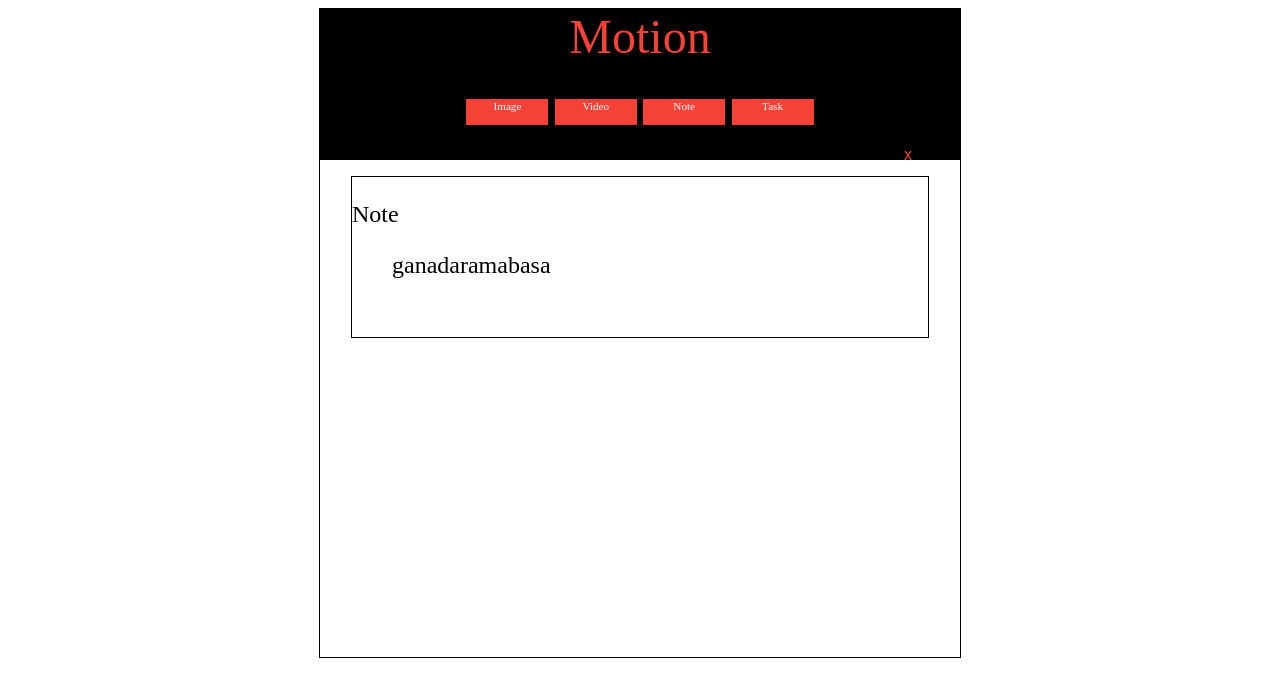
Repository: DevMinwoo-Jung/typescript
Page: motion/index.html
An editor plug-in stored every save of this project. The page is shown before and after the next save, followed by the edit.
The browser window is 1280 px wide. The pictures show the whole page.

Above is the page before, as saved 2021-10-12 14:55:15.

### motion/index.html
<!DOCTYPE html>
<html lang="en">
<head>
  <meta charset="UTF-8">
  <meta http-equiv="X-UA-Compatible" content="IE=edge">
  <meta name="viewport" content="width=device-width, initial-scale=1.0">
  <title>Document</title>
  <script src="build/main.js"></script>
  <link rel="stylesheet" href="index.module.css">
</head>
<body>
  <section class="main__section">
    <div class="header__contents">
      <header class="haeder">Motion</header>
        <div class="item__category">
          <div class="category">Image</div>
          <div class="category">Video</div>
          <div class="category">Note</div>
          <div class="category">Task</div>
        </div>
    </div>
    <!-- <div class="img__div">
      <img class="img" src="img/money.png" alt="">
      <div class="text__div">
        <p class="text">Img</p>
        <button class="closeBtn__box">x</button>
      </div>
    </div> -->
    <!-- <div class="video__box">
      <iframe class="vidoe" src="https://www.youtube.com/embed/fGcmOlOI3uo" title="YouTube video player" frameborder="0" allow="accelerometer; autoplay; clipboard-write; encrypted-media; gyroscope; picture-in-picture" allowfullscreen></iframe>
      <div class="text__div">
        <p class="text">Video</p>
        <button class="closeBtn__box">x</button>
      </div>
    </div> -->
    <div class="note__box">
      <div class="text__box">
        <p>Note</p>
        <ul>ganadaramabasa</ul>
        <button class="closeBtn__box">x</button>
      </div>
    </div>
    <!-- <div class="video__div">
      <iframe class="vidoe" src="https://www.youtube.com/embed/fGcmOlOI3uo" title="YouTube video player" frameborder="0" allow="accelerometer; autoplay; clipboard-write; encrypted-media; gyroscope; picture-in-picture" allowfullscreen></iframe>
      <div class="text__div">
        <p class="text">Video</p>
        <button class="closeBtn__box">x</button>
      </div>
    </div> -->
  </section>
  <!-- <section class="image__section">
    <div class="input__div">
      <div class="title">
        <button class="closeBtn">x</button>
        <span>Title</span><br/>
        <input class="input" type="text"><br/>
        <span>URL</span><br/>
        <input type="text">
        <button class="addBtn">Add</button>
      </div>
    </div>
  </section> -->
  <!-- <section class="video__section">
    <div class="input__div">
      <div class="title">
        <button class="closeBtn">x</button>
        <span>Title</span><br/>
        <input class="input" type="text"><br/>
        <span>URL</span><br/>
        <input type="text">
        <button class="addBtn">Add</button>
      </div>
    </div>
  </section> -->
  <!-- <section class="Note__section">
    <div class="note__div">
      <div class="title">
        <button class="closeBtn">x</button>
        <span>Title</span><br/>
        <input  type="text"><br/>
        <span>Body</span><br/>
        <input class="Note__input" type="text">
        <button class="addBtn">Add</button>
      </div>
    </div>
  </section> -->
  <!-- <section class="Task__section">
    <div class="input__div">
      <div class="title">
        <button class="closeBtn">x</button>
        <span>Title</span><br/>
        <input class="input" type="text"><br/>
        <span>URL</span><br/>
        <input type="text">
        <button class="addBtn">Add</button>
      </div>
    </div>
  </section> -->
</body>
</html>

### motion/index.module.css
:root {
  --color-red: #f44336;
  --color-white: white;
  --color-black: black;
  --color-yellow: rgb(253, 253, 171);
}

.main__section {
  margin: auto;
  width: 40rem;
  border: 1px solid black;
  height: 90vh;
}

.header__contents {
  background-color: var(--color-black);
}

.haeder {
  font-size: 3rem;
  text-align: center;
  color: var(--color-red);
}

.item__category {
  text-align: center;
  font-size: 1rem;
  padding-top: 2rem;
  padding-bottom: 2rem;
  display: flex;
  justify-content: center;
}

.category {
  margin: 0.2rem;
  border: 1px solid var(--color-red);
  background-color: var(--color-red);
  width: 5rem;
  height: 1.5rem;
  color: var(--color-white);
  cursor: pointer;
  font-size: 0.7rem;
}

/* show section */
.img__div {
  width: 90%;
  height: 15rem;
  border: 1px solid;
  margin: 1rem auto;
  display: flex;
}

.img {
  width: 60%;
  height: 100%;
}

.text__div {
  position: relative;
  width: 40%;
  height: 100%;
  text-align: center;
  display: flex;
  justify-content: center;
  align-items: center;
  font-size: 4rem;
  font-weight: bold;
}

.video__box {
  width: 90%;
  height: 15rem;
  border: 1px solid;
  margin: 1rem auto;
  display: flex;
}

.video {
  width: 60%;
  height: 100%;
}

.note__box {
  width: 90%;
  height: 10rem;
  border: 1px solid;
  margin: 1rem auto 1rem;
  position: relative;
}

.text__box {
  display: block;
  width: 40%;
  height: 100%;
  text-align: left;
  font-size: 1.5rem;
}

/* add section */
.input__div {
  position: absolute;
  width: 30rem;
  height: 10rem;
  z-index: 1;
  border: 1px solid black;
  margin: auto;
  left: 0;
  right: 0;
  margin-left: auto;
  margin-right: auto;
  top: 35%;
  background-color: grey;
}

.note__div {
  position: absolute;
  width: 30rem;
  height: 12rem;
  z-index: 1;
  border: 1px solid black;
  margin: auto;
  left: 0;
  right: 0;
  margin-left: auto;
  margin-right: auto;
  top: 35%;
  background-color: grey;
}

.title {
  color: var(--color-yellow);
  font-size: 0.8rem;
  margin-left: 2rem;
  margin-top: 2rem;
  position: relative;
}

input {
  font-size: 1rem;
  width: 90%;
}

.Note__input {
  font-size: 1rem;
  width: 90%;
  height: 3rem;
}

.addBtn {
  position: relative;
  margin-top: 1%;
  margin: 3% 0 0 85%;
  width: 2.5rem;
  height: 1.5rem;
  background-color: var(--color-red);
  color: var(--color-white);
  border: none;
  cursor: pointer;
}

.closeBtn {
  position: absolute;
  font-size: 1rem;
  margin-top: -1rem;
  right: 1.5rem;
  width: 2.5rem;
  height: 1.5rem;
  color: var(--color-red);
  background: none;
  border: none;
  cursor: pointer;
}

.closeBtn__box {
  position: absolute;
  font-size: 1rem;
  margin-top: -10rem;
  right: 0;
  width: 2.5rem;
  height: 1.5rem;
  color: var(--color-red);
  background: none;
  border: none;
  cursor: pointer;
}

Loaded but not shown: motion/build/main.js (no copy from this time; the picture is the same without it)

After the next save:
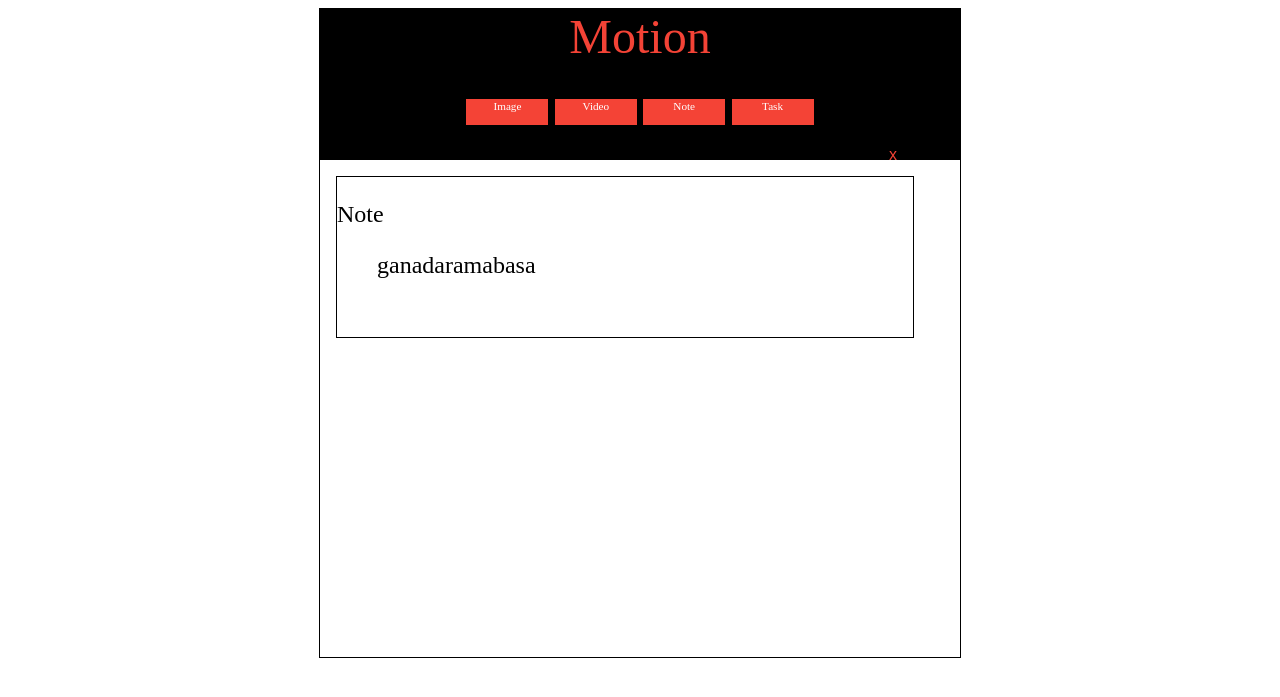
Saved 10 s later.
--- a/motion/index.module.css
+++ b/motion/index.module.css
@@ -85,7 +85,8 @@
   width: 90%;
   height: 10rem;
   border: 1px solid;
-  margin: 1rem auto 1rem;
+  margin: 1rem auto;
+  margin-left: 1rem;
   position: relative;
 }
 
